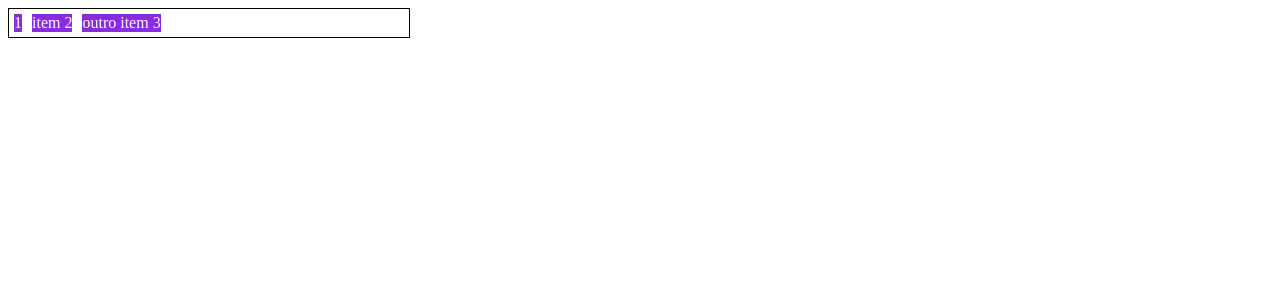
Repository: gabrielbino/projects-dio
Page: Flexbox/@justify-content.html
The author's editor kept a copy of each file at every save. The page is drawn from the files as they stood at one save, then again after the next save.
The browser window is 1280 px wide. The pictures show the whole page.

Above is the page before, as saved 2021-10-22 17:35:28.

After the next save:
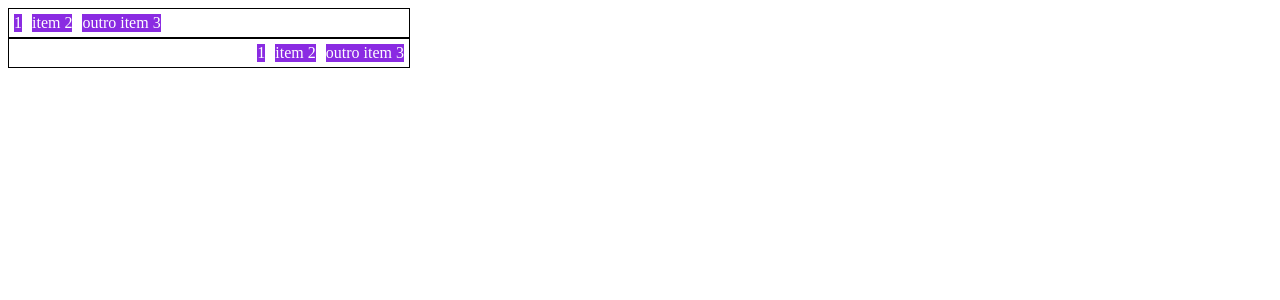
Saved 61 s later.
--- a/Flexbox/@justify-content.html
+++ b/Flexbox/@justify-content.html
@@ -23,6 +23,10 @@
       .flexStart {
         justify-content: flex-start;
       }
+
+      .flexEnd {
+        justify-content: flex-end;
+      }
     </style>
   </head>
   <body>
@@ -31,5 +35,11 @@
       <div class="item">item 2</div>
       <div class="item">outro item 3</div>
     </section>
+
+    <section class="container flexEnd">
+      <div class="item">1</div>
+      <div class="item">item 2</div>
+      <div class="item">outro item 3</div>
+    </section>
   </body>
 </html>
